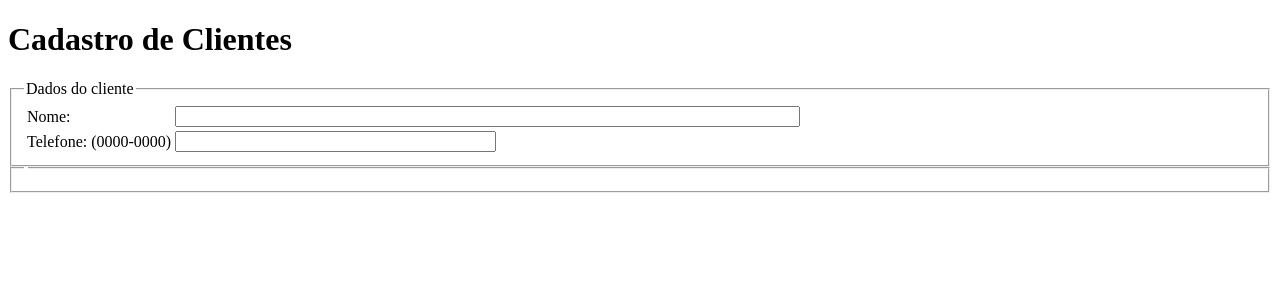
Repository: GabrielGGhost/EstudoJavaAW1-AW2
Page: estudos21/WebContent/cadastro.html
An editor plug-in stored every save of this project. The page is shown before and after the next save, followed by the edit.
The browser window is 1280 px wide. The pictures show the whole page.

Above is the page before, as saved 2020-10-31 20:13:20.

After the next save:
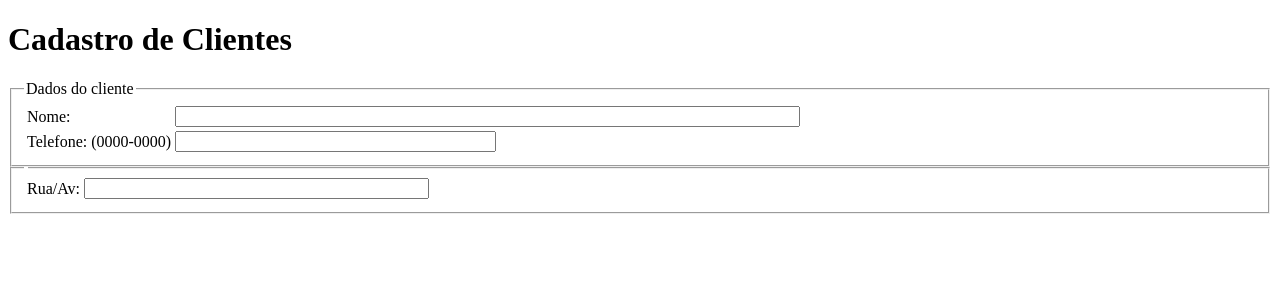
Saved 108 s later.
--- a/estudos21/WebContent/cadastro.html
+++ b/estudos21/WebContent/cadastro.html
@@ -69,7 +69,8 @@
 			<legend></legend>
 			<table>
 				<tr>
-					<td></td>
+					<td><label for='rua'>Rua/Av:</label></td>
+					<td><input name='rua id='rua type='text' size='40' maxlength="255"/></td>
 				</tr>
 			</table>
 		</fieldset>
